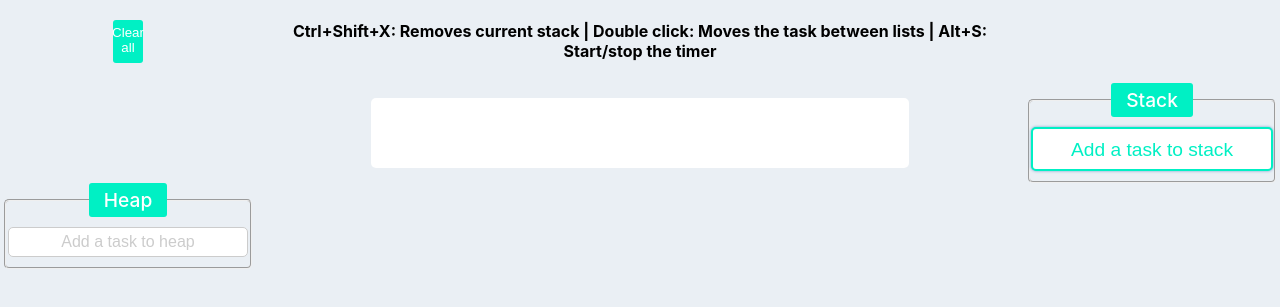
Repository: litalsh/meeting_v1
Page: /
The author's editor kept a copy of each file at every save. The page is drawn from the files as they stood at one save, then again after the next save.
The browser window is 1280 px wide. The pictures show the whole page.
The project was rebuilt for these pictures with package versions that can differ from the ones it lists, and the page was loaded fresh each time. Also part of the build but not shown: src/Task.js.

Above is the page before, as saved 2020-12-13 19:12:52.

After the next save:
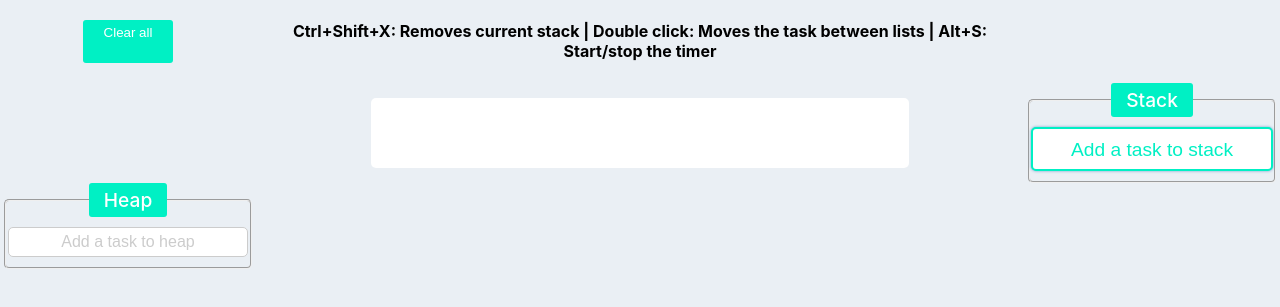
Saved 6 s later.
--- a/src/App.css
+++ b/src/App.css
@@ -152,7 +152,7 @@ li {
 .clear-btn {
   display: flex;
   grid-column: 1/2;
-  width: 8%;
+  width: 35%;
   margin: 20px auto;
   justify-content: center;
   border: none;
